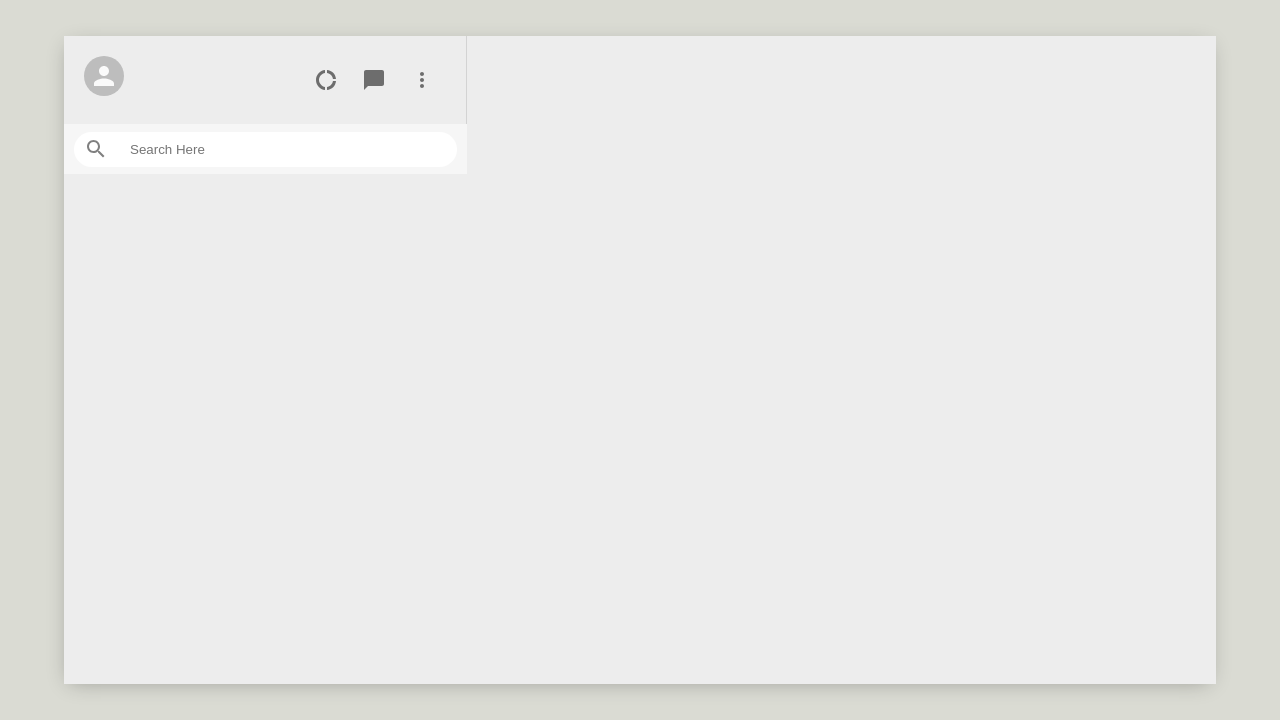
Repository: Prafullkuma/whatsappclon
Page: /
These files come from the project's save history. The page is drawn as it stood at one moment and after the next save; the edit follows.
The browser window is 1280 px wide. The pictures show the whole page.
The project was rebuilt for these pictures with package versions that can differ from the ones it lists, and the page was loaded fresh each time.

Above is the page before, as saved 2020-08-19 12:12:05.

After the next save:
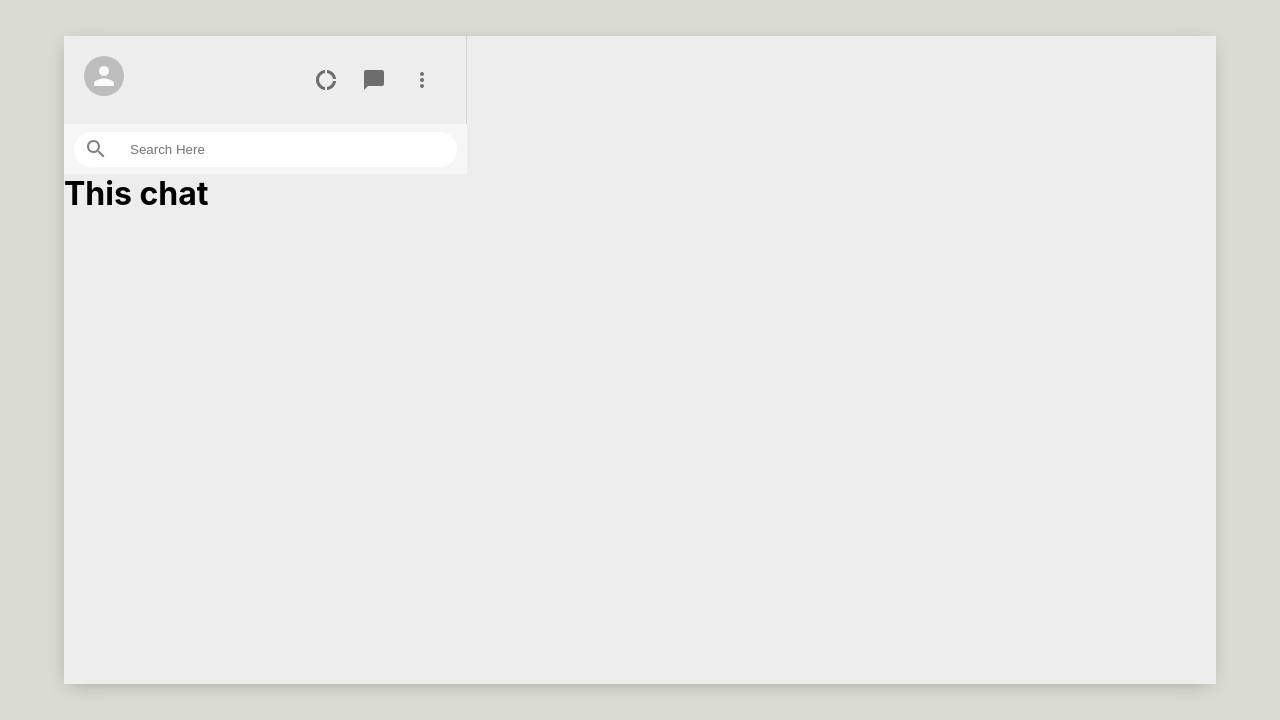
Saved 48 s later.
--- a/src/Component/Sidebar.js
+++ b/src/Component/Sidebar.js
@@ -30,6 +30,7 @@ function Slidebar() {
                 </div>
             </div>
             <div className="sidebar_chat">
+                <h1>This chat</h1>
 
             </div>
         </div >
